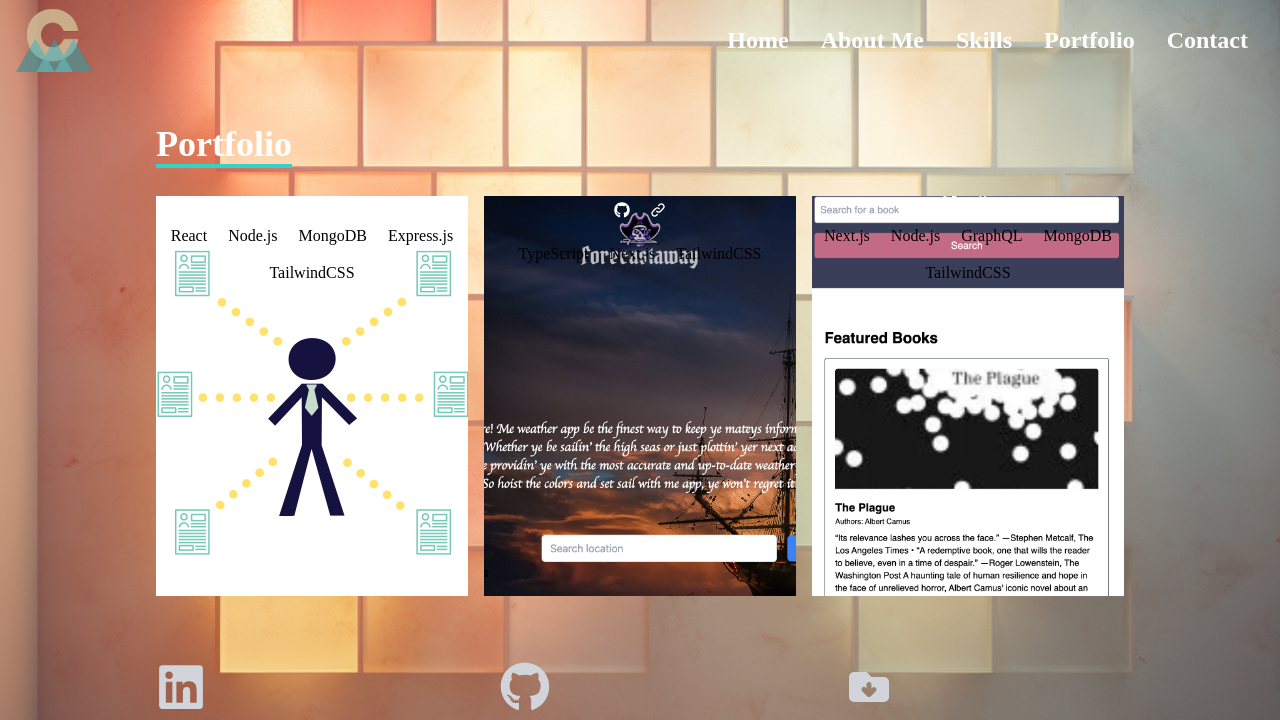
Repository: ChrisT303/portfolio-react
Page: /#/work
An editor plug-in stored every save of this project. The page is shown before and after the next save, followed by the edit.
The browser window is 1280 px wide. The pictures show the whole page.
The project was rebuilt for these pictures with package versions that can differ from the ones it lists, and the page was loaded fresh each time. Also part of the build but not shown: src/components/Hero.js, src/components/AboutMe.js, src/data/LogoData.js, src/components/Experience.js, src/components/Modal.js, src/components/Contact.js.

Above is the page before, as saved 2023-09-28 16:23:42.

### src/index.css
@tailwind base;
@tailwind components;
@tailwind utilities;

@import url("https://fonts.googleapis.com/css2?family=Raleway:wght@300;400;500;600;700;800;900&display=swap");

@layer base {
  body {
    @apply font-[Raleway];
  }
  li {
    @apply px-4;
    @apply cursor-pointer;
  }
}

.nav-hover {
  @apply hover:animate-pulse hover:text-[#30D5C8];
}

.text-main {
  @apply text-[#212020];
}

.peach {
  @apply text-[#212020] text-opacity-80;
}

.bdr {
  @apply border-[#30D5C8];
}

.form-bg {
  @apply bg-[#ccd6f6];
}

.hero-btn {
  @apply text-black font-bold border-4 rounded-full px-6 py-3 my-2 flex items-center hover:animate-pulse duration-100 hover:bg-[#30D5C8] hover:border-[#3e7a7a] hover:font-black;
}

.con-btn {
  @apply text-main border-2 hover:bg-[#30D5C8] hover:border-[#3e7a7a] hover:font-bold px-4 py-3 my-8 mx-auto flex items-center;
}
.modal-btn {
  @apply text-black border-4 rounded-lg hover:bg-[#30D5C8] hover:border-[#3e7a7a] hover:font-bold px-3 py-2 my-8 mx-auto flex justify-between items-center;
}

@media (min-width: 768px) {
  .hovereffect {
    width: 100%;
    height: 400px;
    float: left;
    overflow: hidden;
    position: relative;
    text-align: center;
    cursor: default;
  }

  .hovereffect .overlay {
    width: 100%;
    height: 100%;
    position: absolute;
    overflow: hidden;
    left: 0;
    background-color: rgba(255, 255, 255, 0.7);
    top: -200px;
    opacity: 0;
    filter: alpha(opacity=0);
    -webkit-transition: all 0.1s ease-out 0.5s;
    transition: all 0.1s ease-out 0.5s;
    display: flex;
    flex-direction: column;
    justify-content: center;
    align-items: center;
    gap: 20px;

  }

  .hovereffect:hover .overlay {
    opacity: 1;
    filter: alpha(opacity=100);
    top: 0px;
    -webkit-transition-delay: 0s;
    transition-delay: 0s;
  }

  .hovereffect img {
    display: block;
    position: relative;
  }

  .hovereffect h2 {
    text-transform: uppercase;
    color: #feb8c5;
    text-align: center;
    position: relative;
    font-size: 17px;
    padding: 10px;
    background: rgba(0, 0, 0, 0.6);
    -webkit-transform: translateY(-200px);
    -ms-transform: translateY(-200px);
    transform: translateY(-200px);
    -webkit-transition: all ease-in-out 0.1s;
    transition: all ease-in-out 0.1s;
    -webkit-transition-delay: 0.3s;
    transition-delay: 0.3s;
  }

  .hovereffect:hover h2 {
    -webkit-transform: translateY(0px);
    -ms-transform: translateY(0px);
    transform: translateY(0px);
    -webkit-transition-delay: 0.3s;
    transition-delay: 0.3s;
  }

  .hovereffect a.info {
    display: inline-block;
    text-decoration: none;
    padding: 7px 14px;
    text-transform: uppercase;
    margin: 50px 20px 0 0;
    background-color: transparent;
    -webkit-transform: translateY(-200px);
    -ms-transform: translateY(-200px);
    transform: translateY(-200px);
    color: #000;
    border: 1px solid #000;
    -webkit-transition: all ease-in-out 0.3s;
    transition: all ease-in-out 0.3s;
  }

  .hovereffect a.info:hover {
    box-shadow: 0 0 5px #fff;
  }

  .hovereffect:hover a.info {
    -webkit-transform: translateY(0px);
    -ms-transform: translateY(0px);
    transform: translateY(0px);
    box-shadow: 0 0 5px #000;
    color: #000;
    border: 1px solid #000;
    -webkit-transition-delay: 0.3s;
    transition-delay: 0.3s;
  }
}

a.info:hover {
  color: #6cc644;
}

.bounce {
  display: inline-block;
  position: relative;
  -moz-animation: bounce 0.5s infinite linear;
  -o-animation: bounce 0.5s infinite linear;
  -webkit-animation: bounce 0.5s infinite linear;
  animation: bounce 0.5s infinite linear;
}

.backdrop {
  position: fixed;
  top: 0;
  left: 0;
  width: 100%;
  height: 100vh;
  z-index: 10;
  background: rgba(0, 0, 0, 0.75);
}

.modalPos {
  position: fixed;
  top: 30vh;
  left: 10%;
  width: 80%;
  z-index: 100;
  overflow: hidden;
}

.header {
  background: #31708e;
  padding: 1rem;
}

.header h2 {
  margin: 0;
  color: white;
  font-weight: bold;
}

.content {
  display: flex;
  justify-content: space-between;
  padding: 1rem;
  background: white;
}

.actions {
  padding: 1rem;
  display: flex;
  justify-content: flex-end;
}

.project-image {
  width: 100%;
  height: 400px;
  object-fit: cover;
}

.button-container {
  display: flex;
  justify-content: center;
  gap: 20px;
  margin-top: 20px;
}

.tech-container {
  display: flex;
  justify-content: center;
  gap: 5px;
  flex-wrap: wrap;
}

.tooltip {
  visibility: hidden;
  background-color: #555;
  color: #fff;
  text-align: center;
  padding: 5px 10px;
  border-radius: 6px;
  position: absolute;
  z-index: 1;
  bottom: 100%;
  left: 50%;
  margin-left: -60px;
  opacity: 0;
  transition: opacity 0.3s;
}

.tooltip::after {
  content: "";
  position: absolute;
  top: 100%;
  left: 50%;
  margin-left: -5px;
  border-width: 5px;
  border-style: solid;
  border-color: #555 transparent transparent transparent;
}

.container:hover .tooltip {
  visibility: visible;
  opacity: 1;
}



@media (min-width: 768px) {
  .modalPos {
    left: calc(50% - 20rem);
    width: 40rem;
  }
}

### src/App.js

import Navigation from "./components/Navigation";
import Hero from "./components/Hero";
import AboutMe from "./components/AboutMe";
// import Footer from "./components/Footer";
import Experience from "./components/Experience";
import Contact from "./components/Contact";
import Work from "./components/Work";
import React from "react";
import { HashRouter as Router, Routes, Route } from "react-router-dom";


const App = () => {
  return (
    <Router>
      <Navigation />
      <Routes>
        <Route path="/" element={<Hero />} />
        <Route path="/about" element={<AboutMe />} />
        <Route path="/experience" element={<Experience />} />
        <Route path="/work" element={<Work />} />
        <Route path="/contact" element={<Contact />} />
      </Routes>
      {/* <Footer /> */}
    </Router>
  );
};



export default App;

### src/components/Navigation.js
import React, { useState } from "react";
import { NavLink } from "react-router-dom";
import { FaBars, FaTimes } from "react-icons/fa";
import Logo from "../assets/newlogo.png";


const Navigation = () => {
  const [nav, setNav] = useState(false);
  const handleClick = () => setNav(!nav);

  return (
    <div className="fixed w-full h-[80px] flex justify-between items-center px-4 bg-inherit text-main text-2xl font-semibold z-10">
      <div>
        <img  src={Logo} alt="Logo" className="hidden md:flex h-16" />
      </div>
      <ul className="hidden md:flex">
        <li>
          <NavLink to="/" className="nav-hover text-white">
            Home
          </NavLink>
        </li>
        <li>
          <NavLink to="/about" className="nav-hover text-white">
            About Me
          </NavLink>
        </li>
        <li>
          <NavLink to="/experience" className="nav-hover text-white">
            Skills
          </NavLink>
        </li>
        <li>
          <NavLink to="/work" className="nav-hover text-white">
            Portfolio
          </NavLink>
        </li>
        <li>
          <NavLink to="/contact" className="nav-hover text-white">
            Contact
          </NavLink>
        </li>
      </ul>

      <div onClick={handleClick} className="md:hidden z-100">
        {!nav ? <FaBars /> : <FaTimes />}
      </div>
      <ul
        className={
          !nav
            ? "hidden"
            : "absolute top-0 left-0 w-full h-screen main flex flex-col justify-center items-center bg-black md:bg-black "
        }
      >
        <li className="py-6 text-4xl">
          <NavLink onClick={handleClick} to="/" className="nav-hover text-white">
            Home
          </NavLink>
        </li>
        <li className="py-6 text-4xl">
          <NavLink onClick={handleClick} to="/about" className="nav-hover text-white">
            About Me
          </NavLink>
        </li>
        <li className="py-6 text-4xl">
          <NavLink onClick={handleClick} to="/experience" className="nav-hover text-white">
            Skills
          </NavLink>
        </li>
        <li className="py-6 text-4xl">
          <NavLink onClick={handleClick} to="/work" className="nav-hover text-white">
            Portfolio
          </NavLink>
        </li>
        <li className="py-6 text-4xl">
          <NavLink onClick={handleClick} to="/contact" className="nav-hover text-white">
            Contact
          </NavLink>
        </li>
      </ul>
    </div>
  );
};

export default Navigation;

### src/components/Work.js
import applications from "../data/ProjectData";
import { FaGithub } from "react-icons/fa";
import { HiOutlineLink } from "react-icons/hi";
import Footer from "./Footer";

const Work = () => (
  <div className="w-full md:h-screen text-white bg-eyes bg-cover bg-center">
    <div className="max-w-[1000px] mx-auto p-4 flex flex-col justify-center w-full h-full">
      <div className="pb-8">
        <p className="text-4xl font-bold inline border-b-4 text-white bdr">
          Portfolio
        </p>
      </div>
      <div className="grid mx-auto sm:grid-cols-2 md:grid-cols-3 gap-4 ">
        {applications.map((app) => (
          <div key={app.key}>
            <div className="hovereffect">
              <img className="project-image" src={app.src} alt="{app.name}" />
              <div className="overlay grid grid-cols-3 md:inline-block md:grid-cols-none pt-4 md:pt-0">
                <h2 className="font-bold">{app.name}</h2>
                <div className="button-container">
                  <a href={app.code} className="info">
                    <div className="flex justify-around text-2xl md:text-base hover:text-[#6cc644]">
                      <FaGithub />
                    </div>
                  </a>
                  <a className="info" href={app.link}>
                    <div className="flex justify-around text-2xl md:text-base hover:text-[#dE73FF]">
                      <HiOutlineLink />
                    </div>
                  </a>
                </div>
                <div className="tech-container">
                  {app.tech.map((tech) => (
                    <span key={tech} className="bg-main text-black text-bold py-1 px-2 rounded-md">
                      {tech}
                    </span>
                  ))}
                </div>
              </div>
            </div>
          </div>
        ))}
      </div>
      <Footer />
    </div>
  </div>
);

export default Work;

### src/components/Footer.js
import React from "react";
import { FaLinkedin, FaGithub } from "react-icons/fa";
import { HiFolderDownload } from "react-icons/hi";

const Footer = () => {
  return (
    <footer className="bg-inherit fixed bottom-0 left-0 w-full">
      <div>
        <div>
          <div className="max-w-[1000px] mx-auto pt-4 pb-2">
            <ul className="w-full space-y-2 grid grid-cols-3 auto-cols-max mb-0 gap-8 justify-center">
              <li>
                <a
                  href="https://www.linkedin.com/in/christopher-williams-368b29201/"
                  className="text-gray-300 group hover:text-[#0072b1]"
                >
                  <h2 className="invisible md:group-hover:visible md:group-hover:animate-bounce pt-2">
                    LinkedIn
                  </h2>
                  <FaLinkedin size={50} />
                </a>
              </li>
              <li>
                <a
                  href="https://github.com/deftonechris"
                  className="text-gray-300 group hover:text-[#6cc644]"
                >
                  <h2 className="invisible md:group-hover:visible md:group-hover:animate-bounce">
                    GitHub
                  </h2>
                  <FaGithub size={50} />
                </a>
              </li>
              <li>
                <a
                  href="https://drive.google.com/file/d/1F9QXAFgH3DuC2GkPuuiRkouwcBjN8J8z/view?usp=drive_link"
                  className="text-gray-300 group hover:text-red-600"
                >
                  <h2 className="invisible md:group-hover:visible md:group-hover:animate-bounce">
                    Resume
                  </h2>
                  <HiFolderDownload size={50} />
                </a>
              </li>
            </ul>
          </div>
        </div>
      </div>
    </footer>
  );
};

export default Footer;

### src/data/ProjectData.js
import Libro from '../assets/Libro3.png'
import JobJot from '../assets/JobJotSS.png'
import ForeSS from '../assets/ForeSS.png'



const applications = [
  {
    key: 1,
    name: "JobJot",
    src: JobJot,
    code: "https://github.com/deftonechris/JobJot",
    link: "https://jobjot.onrender.com/",
    tech: ["React", "Node.js", "MongoDB", "Express.js", "TailwindCSS"],

  },
  {
    key: 2,
    name: "ForeCastaway",
    src: ForeSS,
    code: "https://github.com/deftonechris/ForeCastaway",
    link: "https://fore-castaway-rvp6.vercel.app/",
    tech: ["TypeScript", "Next.js", "TailwindCSS"],

  },
  {
    key: 3,
    name: "LibroMarkit",
    src: Libro,
    code: "https://github.com/deftonechris/LibroMarkIt",
    link: "https://libro-mark-it.vercel.app/",
    tech: ["Next.js", "Node.js", "GraphQL", "MongoDB", "TailwindCSS"],

  },

];



export default applications;

### tailwind.config.js
/** @type {import('tailwindcss').Config} */
module.exports = {
  content: ["./src/**/*.{js,jsx,ts,tsx}"],
  theme: {
    extend: {
      backgroundImage: {
        eyes: "url('./assets/wallPatern.png')",
      },
    },
  },
  plugins: [],
};

Loaded but not shown: public/index.html (common file); src/index.js (common file)

After the next save:
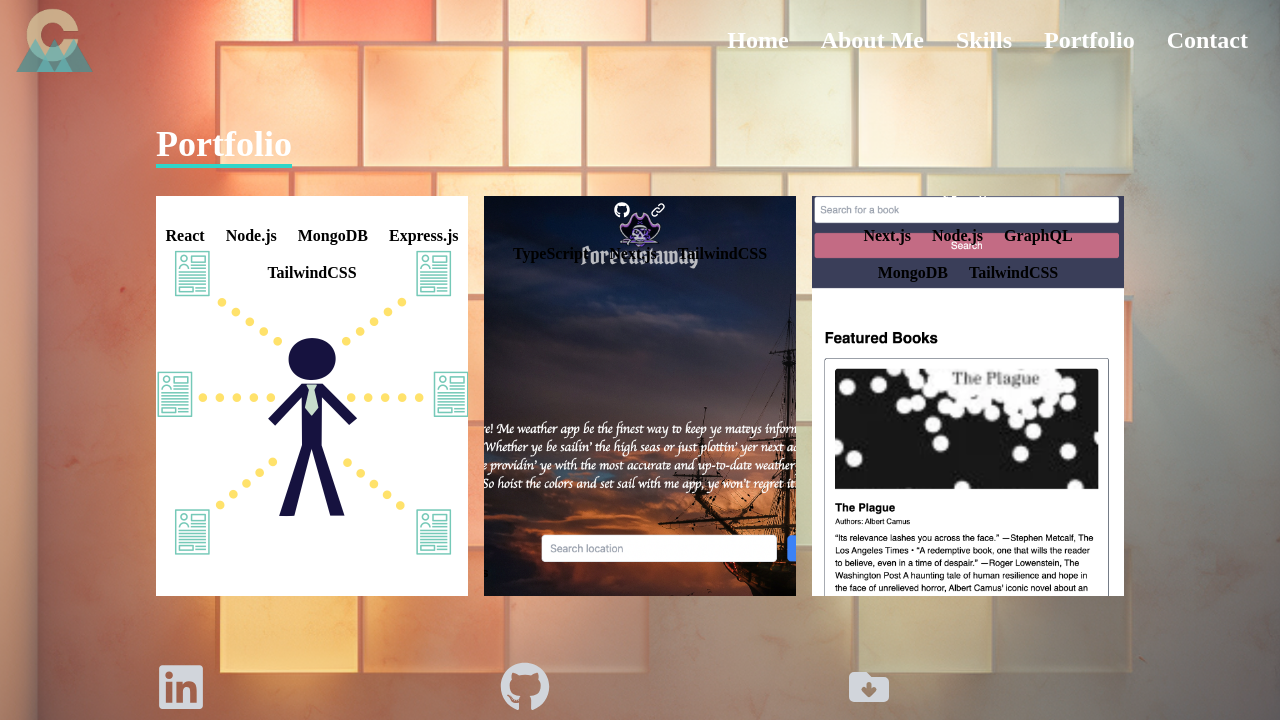
Saved 4 min 33 s later.
--- a/src/components/Work.js
+++ b/src/components/Work.js
@@ -32,7 +32,7 @@ const Work = () => (
                 </div>
                 <div className="tech-container">
                   {app.tech.map((tech) => (
-                    <span key={tech} className="bg-main text-black text-bold py-1 px-2 rounded-md">
+                    <span key={tech} className="bg-main text-black font-extrabold  py-1 px-2 rounded-md">
                       {tech}
                     </span>
                   ))}
